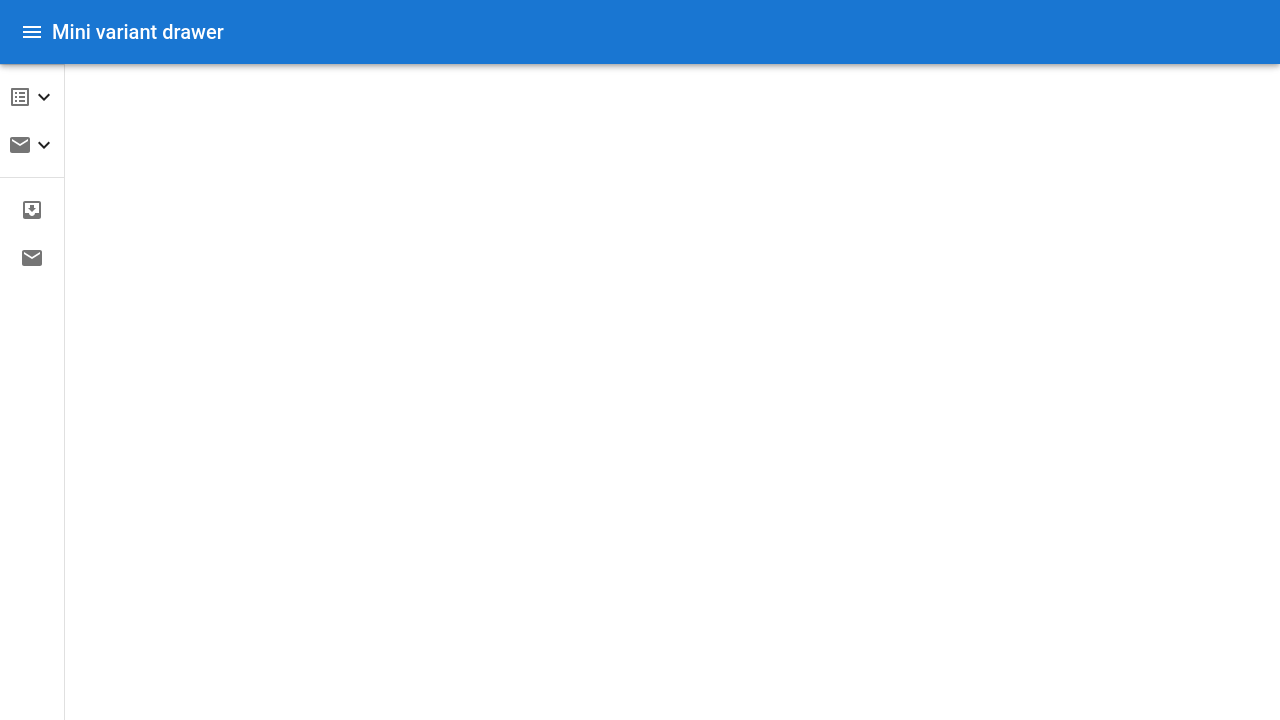
Repository: Vijay-Singh1/office-tools
Page: /createForm
The author's editor kept a copy of each file at every save. The page is drawn from the files as they stood at one save, then again after the next save.
The browser window is 1280 px wide. The pictures show the whole page.
The project was rebuilt for these pictures with package versions that can differ from the ones it lists, and the page was loaded fresh each time. Also part of the build but not shown: vite.config.ts, src/FormBuilderApp/src/pages/CreateForm.tsx, src/FormBuilderApp/src/pages/OpenForms.tsx.

Above is the page before, as saved 2024-09-02 22:19:22.

### index.html
<!doctype html>
<html lang="en">
  <head>
    <meta charset="UTF-8" />
    <link rel="icon" type="image/svg+xml" href="/vite.svg" />
    <meta name="viewport" content="width=device-width, initial-scale=1.0" />
    <title>Office Tools</title>
  </head>
  <body>
    <div id="root"></div>
    <script type="module" src="/src/main.tsx"></script>
  </body>
</html>

### src/main.tsx
import { StrictMode } from 'react'
import { createRoot } from 'react-dom/client'
import App from './App.tsx'
import './index.css'// Import Tailwind CSS
import { ThemeProvider } from '@mui/material/styles';
import CssBaseline from '@mui/material/CssBaseline';
import theme from "./appTheme/appTheme.ts"
import AppRoutes from './routes.js';
createRoot(document.getElementById('root')!).render(
  <StrictMode>
    <ThemeProvider theme={theme}>
    <CssBaseline />
    <AppRoutes />
    </ThemeProvider>
  </StrictMode>,
)

### src/appTheme/appTheme.ts
// src/theme.ts
import { createTheme, ThemeOptions } from '@mui/material/styles';

const themeOptions: ThemeOptions = {
  palette: {
    primary: {
      main: '#1976d2',
    },
    secondary: {
      main: '#dc004e',
    },
  },
  typography: {
    fontFamily: 'Roboto, Arial, sans-serif',
    h1: {
      fontSize: '2.5rem',
      fontWeight: 500,
    },
    body1: {
      fontSize: '1rem',
    },
  },
  components: {
    MuiButton: {
      styleOverrides: {
        root: {
          textTransform: 'none',
          borderRadius: '8px',
        },
      },
    },
  },
};

const theme = createTheme(themeOptions);

export default theme;

### src/routes.tsx
import React from 'react';
import { createBrowserRouter, RouterProvider } from 'react-router-dom';

import Sidebar from './components/sidebar';
import { formBuilderRoutes } from './FormBuilderApp/src/formBuilderRoutes';
import App from './App';

// Combine routes from different modules
const router = createBrowserRouter([
  {
    path: '/',
    element: <App />,
    children: [
      ...formBuilderRoutes
      // Add other module routes here
    ],
  },
]);

const AppRoutes: React.FC = () => {
  return <RouterProvider router={router} />;
};

export default AppRoutes;

### src/FormBuilderApp/src/formBuilderRoutes.tsx
import React from 'react';
import { RouteObject } from 'react-router-dom';
import FormBuilderHome from './pages/FormBuilderHome';
import CreateForm from './pages/CreateForm';
import OpenForms from './pages/OpenForms';


export const formBuilderRoutes: RouteObject[] = [
  {
    path: 'createForm',
    element: <FormBuilderHome />,
    children: [
      {
        path: '/createForm/Create-Form',
        element: <CreateForm />,
      },
      {
        path: '/createForm/Open-Form',
        element: <OpenForms />,
      },
    ],
  },
];

### src/App.tsx
import { Outlet } from "react-router-dom";
import "./App.css";
import Sidebar from "./components/sidebar";
import { Box } from "@mui/material";

const App: React.FC = () => {
  return (
    <Box display="flex" width="100%" >

      <Sidebar />

      <Box display="flex" border = "1px solid red" flexGrow = {1} >
        <Outlet />
      </Box>
    </Box>
  );
};

export default App;

### src/FormBuilderApp/src/pages/FormBuilderHome.tsx
import React from 'react'
import { Outlet } from 'react-router-dom'

const FormBuilderHome = () => {
  return (
    <div id="detail">
        <Outlet />
      </div>
  )
}

export default FormBuilderHome

### src/components/sidebar/index.tsx
import * as React from 'react';
import { styled, useTheme, Theme, CSSObject } from '@mui/material/styles';
import Box from '@mui/material/Box';
import MuiDrawer from '@mui/material/Drawer';
import MuiAppBar, { AppBarProps as MuiAppBarProps } from '@mui/material/AppBar'; // <-- Use MuiAppBar here for clarity
import Toolbar from '@mui/material/Toolbar';
import List from '@mui/material/List';
import CssBaseline from '@mui/material/CssBaseline';
import Typography from '@mui/material/Typography';
import Divider from '@mui/material/Divider';
import IconButton from '@mui/material/IconButton';
import MenuIcon from '@mui/icons-material/Menu';
import ChevronLeftIcon from '@mui/icons-material/ChevronLeft';
import ChevronRightIcon from '@mui/icons-material/ChevronRight';
import ListItem from '@mui/material/ListItem';
import ListItemButton from '@mui/material/ListItemButton';
import ListItemIcon from '@mui/material/ListItemIcon';
import ListItemText from '@mui/material/ListItemText';
import InboxIcon from '@mui/icons-material/MoveToInbox';
import MailIcon from '@mui/icons-material/Mail';
import Collapse from '@mui/material/Collapse';
import ExpandLess from '@mui/icons-material/ExpandLess';
import ExpandMore from '@mui/icons-material/ExpandMore';
import ListAltIcon from '@mui/icons-material/ListAlt';
import {  Link } from "react-router-dom";

const drawerWidth = 240;

const openedMixin = (theme: Theme): CSSObject => ({
  width: drawerWidth,
  transition: theme.transitions.create('width', {
    easing: theme.transitions.easing.sharp,
    duration: theme.transitions.duration.enteringScreen,
  }),
  overflowX: 'hidden',
});

const closedMixin = (theme: Theme): CSSObject => ({
  transition: theme.transitions.create('width', {
    easing: theme.transitions.easing.sharp,
    duration: theme.transitions.duration.leavingScreen,
  }),
  overflowX: 'hidden',
  width: `calc(${theme.spacing(7)} + 1px)`,
  [theme.breakpoints.up('sm')]: {
    width: `calc(${theme.spacing(8)} + 1px)`,
  },
});

const DrawerHeader = styled('div')(({ theme }) => ({
  display: 'flex',
  alignItems: 'center',
  justifyContent: 'flex-end',
  padding: theme.spacing(0, 1),
  // necessary for content to be below app bar
  ...theme.mixins.toolbar,
}));

interface AppBarProps extends MuiAppBarProps {
  open?: boolean;
}

const AppBar = styled(MuiAppBar, {
  shouldForwardProp: (prop) => prop !== 'open',
})<AppBarProps>(({ theme }) => ({
  zIndex: theme.zIndex.drawer + 1,
  transition: theme.transitions.create(['width', 'margin'], {
    easing: theme.transitions.easing.sharp,
    duration: theme.transitions.duration.leavingScreen,
  }),
  variants: [
    {
      props: ({ open }) => open,
      style: {
        marginLeft: drawerWidth,
        width: `calc(100% - ${drawerWidth}px)`,
        transition: theme.transitions.create(['width', 'margin'], {
          easing: theme.transitions.easing.sharp,
          duration: theme.transitions.duration.enteringScreen,
        }),
      },
    },
  ],
}));

const Drawer = styled(MuiDrawer, { shouldForwardProp: (prop) => prop !== 'open' })(
  ({ theme }) => ({
    width: drawerWidth,
    flexShrink: 0,
    whiteSpace: 'nowrap',
    boxSizing: 'border-box',
    variants: [
      {
        props: ({ open }) => open,
        style: {
          ...openedMixin(theme),
          '& .MuiDrawer-paper': openedMixin(theme),
        },
      },
      {
        props: ({ open }) => !open,
        style: {
          ...closedMixin(theme),
          '& .MuiDrawer-paper': closedMixin(theme),
        },
      },
    ],
  }),
);

const Sidebar: React.FC = () => {
  const theme = useTheme();
  const [open, setOpen] = React.useState(false);
  const [nestedOpen, setNestedOpen] = React.useState({ 0: false, 1: false });

  const handleDrawerOpen = () => {
    setOpen(true);
  };

  const handleDrawerClose = () => {
    setOpen(false);
  };

  const handleNestedClick = (index: number) => {
    setNestedOpen((prev) => ({ ...prev, [index]: !prev[index] }));
  };
  const handleClick = (element: string) => {
    if(element === "Create Form"){
      console.log(element)
    }
  };

  return (
    <Box sx={{ display: 'flex' }}>
      <CssBaseline />
      <AppBar position="fixed" open={open}>
        <Toolbar>
          <IconButton
            color="inherit"
            aria-label="open drawer"
            onClick={handleDrawerOpen}
            edge="start"
            sx={[
              { marginRight: 0 },
              open && { display: 'none' },
            ]}
          >
            <MenuIcon />
          </IconButton>
          <Typography variant="h6" noWrap component="div">
            Mini variant drawer
          </Typography>
        </Toolbar>
      </AppBar>
      <Drawer variant="permanent" open={open}>
        <DrawerHeader>
          <IconButton onClick={handleDrawerClose}>
            {theme.direction === 'rtl' ? <ChevronRightIcon /> : <ChevronLeftIcon />}
          </IconButton>
        </DrawerHeader>
        <Divider />
        <List>
          {['Form Builder', 'Image Editor'].map((text, index) => (
            <>
              <ListItem key={index} disablePadding sx={{ display: 'block' }}>
                <ListItemButton
                  onClick={() => handleNestedClick(index)}
                  sx={[
                    { minHeight: 48, px: 2.5 },
                    open ? { justifyContent: 'initial' } : { justifyContent: 'center' },
                  ]}
                >
                  <ListItemIcon
                    sx={[
                      { minWidth: 0, justifyContent: 'center' },
                      open ? { mr: 3 } : { mr: 'auto' },
                    ]}
                  >
                    {index % 2 === 0 ? <ListAltIcon /> : <MailIcon />}
                  </ListItemIcon>
                  <ListItemText
                    primary={text}
                    sx={[open ? { opacity: 1 } : { opacity: 0 }]}
                  />
                  {nestedOpen[index] ? <ExpandLess /> : <ExpandMore />}
                </ListItemButton>
              </ListItem>
              <Collapse in={nestedOpen[index]} timeout="auto" unmountOnExit>
                <List component="div" disablePadding>
                  {['Create Form', 'Open Form'].map((subtext, idx) => (
                    <Link to ={`/createForm/${subtext.split(" ")[0]}-${subtext.split(" ")[1]}`}>
                    <ListItemButton key={idx} sx={{ pl: 4 }} >
                      <ListItemIcon>
                      <ListAltIcon/>
                      </ListItemIcon>
                      <ListItemText primary={subtext} />
                    </ListItemButton>
                    </Link>
                  ))}
                </List>
              </Collapse>
            </>
          ))}
        </List>
        <Divider />
        {/* Other Items */}
        <List>
          {['Docs Creator', 'SpreadSheet'].map((text, index) => (
            <ListItem key={index} disablePadding sx={{ display: 'block' }}>
              <ListItemButton
                sx={[
                  { minHeight: 48, px: 2.5 },
                  open ? { justifyContent: 'initial' } : { justifyContent: 'center' },
                ]}
              >
                <ListItemIcon
                  sx={[
                    { minWidth: 0, justifyContent: 'center' },
                    open ? { mr: 3 } : { mr: 'auto' },
                  ]}
                >
                  {index % 2 === 0 ? <InboxIcon /> : <MailIcon />}
                </ListItemIcon>
                <ListItemText
                  primary={text}
                  sx={[open ? { opacity: 1 } : { opacity: 0 }]}
                />
              </ListItemButton>
            </ListItem>
          ))}
        </List>
      </Drawer>
      {/* <Box component="main" sx={{ flexGrow: 1, p: 3 }}>
        <DrawerHeader />

      </Box> */}
    </Box>
  );
};

export default Sidebar;

Loaded but not shown: src/index.css (common file); src/App.css (common file)

After the next save:
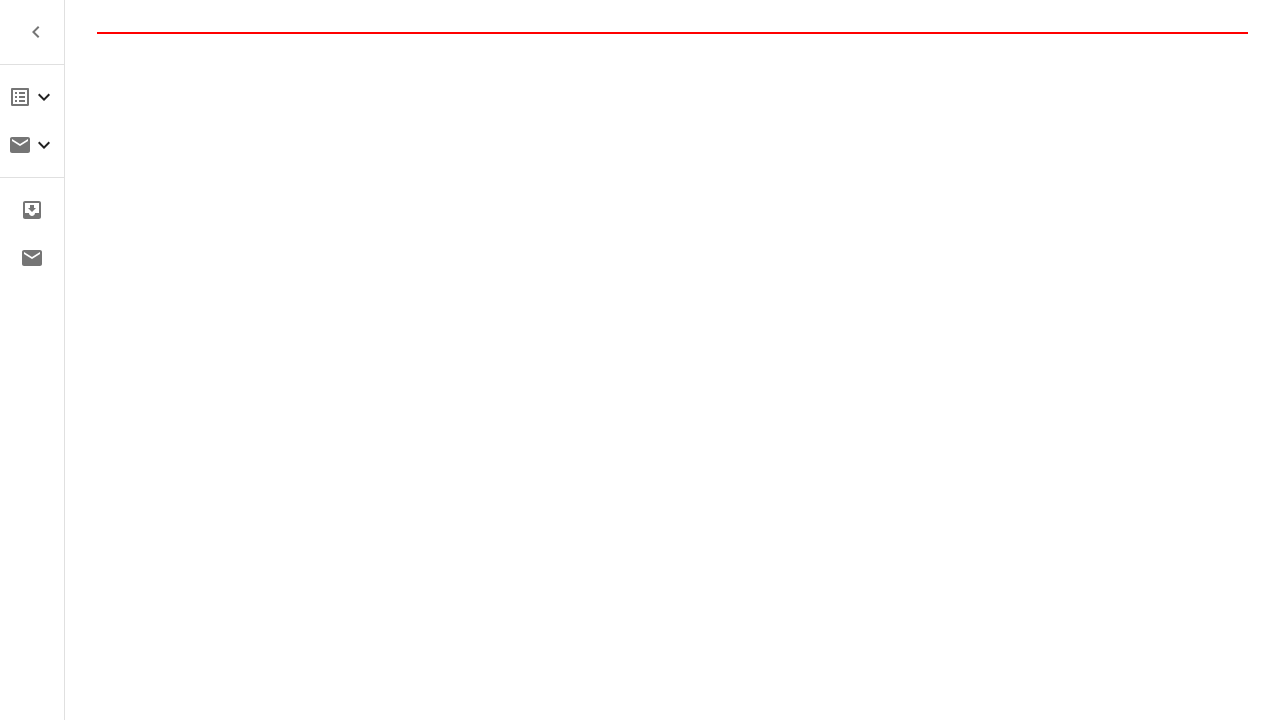
Saved 83 s later.
--- a/src/components/sidebar/index.tsx
+++ b/src/components/sidebar/index.tsx
@@ -133,7 +133,7 @@
   return (
     <Box sx={{ display: 'flex' }}>
       <CssBaseline />
-      <AppBar position="fixed" open={open}>
+      {/* <AppBar position="fixed" open={open}>
         <Toolbar>
           <IconButton
             color="inherit"
@@ -151,7 +151,7 @@
             Mini variant drawer
           </Typography>
         </Toolbar>
-      </AppBar>
+      </AppBar> */}
       <Drawer variant="permanent" open={open}>
         <DrawerHeader>
           <IconButton onClick={handleDrawerClose}>

After the save that followed:
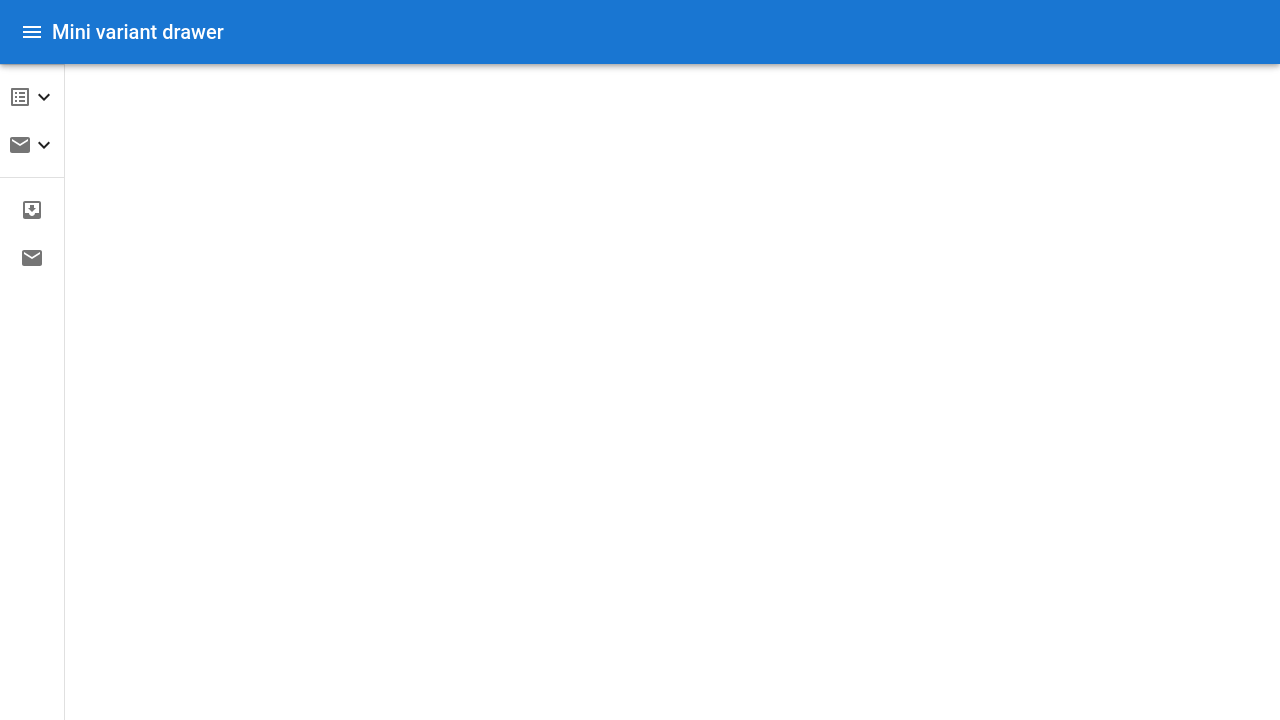
Saved 16 s later.
--- a/src/components/sidebar/index.tsx
+++ b/src/components/sidebar/index.tsx
@@ -133,7 +133,7 @@
   return (
     <Box sx={{ display: 'flex' }}>
       <CssBaseline />
-      {/* <AppBar position="fixed" open={open}>
+      <AppBar position="fixed" open={open}>
         <Toolbar>
           <IconButton
             color="inherit"
@@ -151,7 +151,7 @@
             Mini variant drawer
           </Typography>
         </Toolbar>
-      </AppBar> */}
+      </AppBar>
       <Drawer variant="permanent" open={open}>
         <DrawerHeader>
           <IconButton onClick={handleDrawerClose}>
